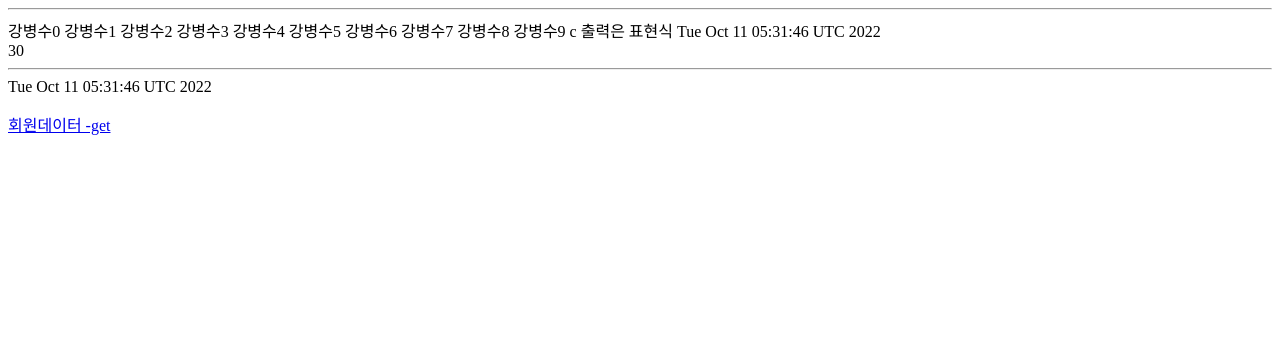
Repository: Rua1006/JSP
Page: http://localhost/practice01/
The author's editor kept a copy of each file at every save. The page is drawn from the files as they stood at one save, then again after the next save.
The browser window is 1280 px wide. The pictures show the whole page.
The page is served by Tomcat 9.

Above is the page before, as saved 2022-10-11 07:01:20.

After the next save:
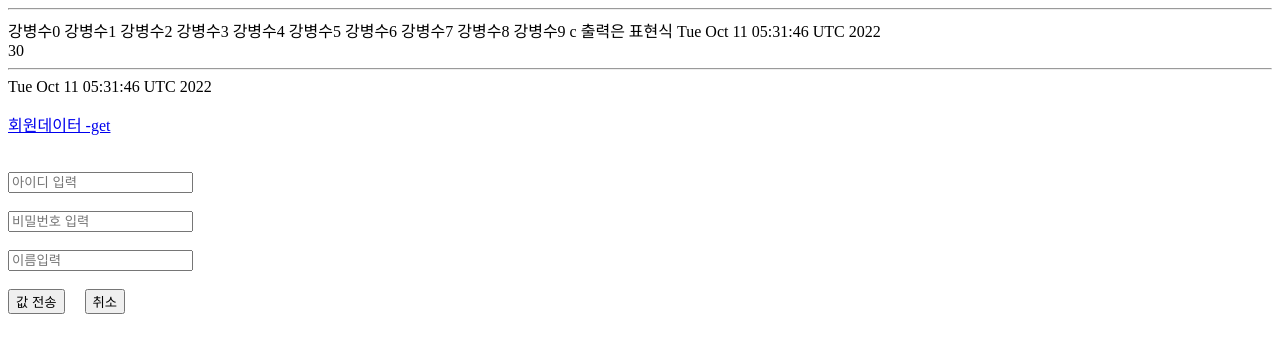
Saved 5 min 13 s later.
--- a/practice01/WebContent/index.jsp
+++ b/practice01/WebContent/index.jsp
@@ -47,6 +47,20 @@
 </ul>
 <a href = "test01.jsp?id=kbs&pw=1234&name=강병수">회원데이터 -get</a>
 </div>
+<br><br>
+<form action="test02.jsp" method="post" name="login_form">
+	<input name="id" id="id" placeholder="아이디 입력"><br><br>
+	<input type="password" name="pw" id="id" placeholder="비밀번호 입력"><br><br>
+	<input name="name" id="name" placeholder="이름입력"><br><br>
+	<input type="submit" value="값 전송"> &nbsp;&nbsp;&nbsp;
+	<input type="reset" value="취소">
+</form>
+<div id="msg"?>
+<%
+request.setCharacterEncoding("UTF-8");
+String msg = request.getParameter("msg");
+%>
 
+</div>
 </body>
 </html>
